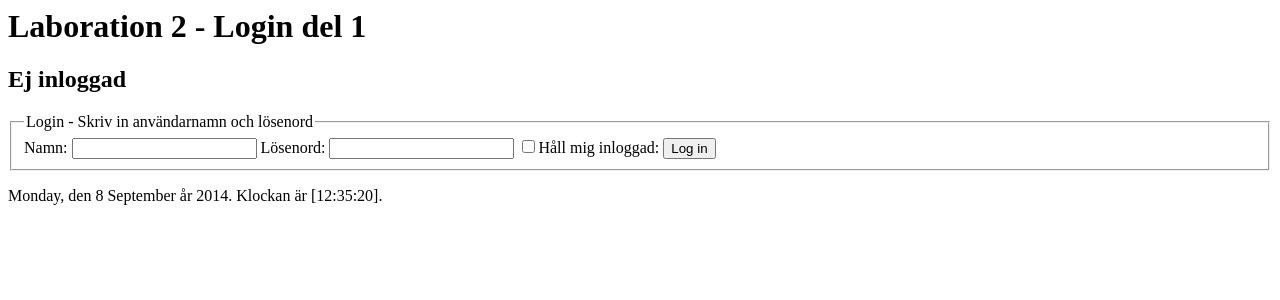
Repository: ed222an/1DV408-Laborationer
Page: http://localhost/
An editor plug-in stored every save of this project. The page is shown before and after the next save, followed by the edit.
The browser window is 1280 px wide. The pictures show the whole page.
The page is run by PHP 8.4 with error messages shown; the project is at /var/www/html/.

Above is the page before, as saved 2014-09-08 13:14:31.

### Labb2/Loginsystem/index.php
<?php
	setlocale(LC_ALL , "swedish"); // Ställer in sidans format så att månad, år, tid etc. visas på svenska.

	// Variabler
	$weekDay = ucfirst(utf8_encode(strftime("%A"))); // Hittar veckodagen, tillåter Å,Ä,Ö och gör den första bokstaven stor.
	$month = ucfirst(strftime("%B")); // Hittar månaden och gör den första bokstaven stor.
	$year = strftime("%Y");
	$time = strftime("%H:%M:%S");
	$format = '%e'; // Fixar formatet så att datumet anpassas för olika platformar. Lösning hittade på http://php.net/manual/en/function.strftime.php

	// Kontrollerar ifall windowsformatet används och ersätter %e med en fungerande del.
	if (strtoupper(substr(PHP_OS, 0, 3)) == 'WIN')
	{
    	$format = preg_replace('#(?<!%)((?:%%)*)%e#', '\1%#d', $format);
	}

	echo "<html>
			<head>
				<title>Laboration 2 - Login del 1</title>
				<meta charset='utf-8'>
			</head>
			<body>
				<h1>Laboration 2 - Login del 1</h1>
				<h2>Ej inloggad</h2>
				<form id='loginForm'>
					<fieldset>
						<legend>Login - Skriv in användarnamn och lösenord</legend>
						Namn: <input type='text' name='userName'> Lösenord: <input type='password' name='userPassword'> <input type='checkbox' name='stayLoggedIn'>Håll mig inloggad:
						<button type='submit' form='loginForm' value='Submit'>Log in</button>
					</fieldset>
				</form>
				" . strftime('' . $weekDay . ', den ' . $format . ' '. $month . ' år ' . $year . '. Klockan är [' . $time . ']') . ".
			</body>
		</html>";
?>

After the next save:
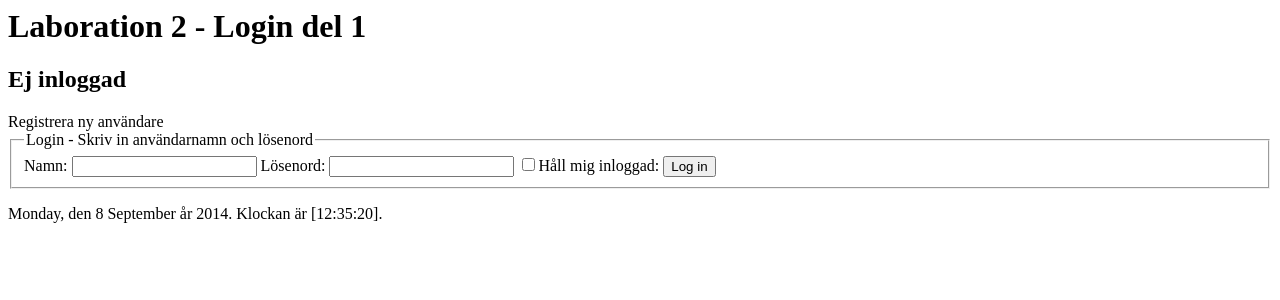
Saved 2 min 14 s later.
--- a/Labb2/Loginsystem/index.php
+++ b/Labb2/Loginsystem/index.php
@@ -22,6 +22,7 @@
 			<body>
 				<h1>Laboration 2 - Login del 1</h1>
 				<h2>Ej inloggad</h2>
+				<a>Registrera ny användare</a>
 				<form id='loginForm'>
 					<fieldset>
 						<legend>Login - Skriv in användarnamn och lösenord</legend>
